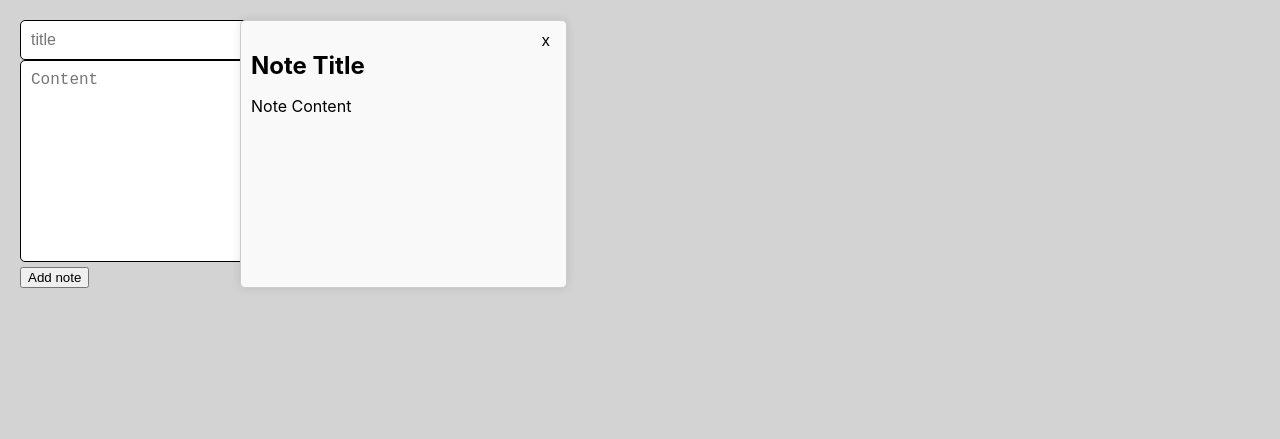
Repository: karolina-rachuta/Notes_React_Node_Js
Page: /
These files come from the project's save history. The page is drawn as it stood at one moment and after the next save; the edit follows.
The browser window is 1280 px wide. The pictures show the whole page.
The project was rebuilt for these pictures with package versions that can differ from the ones it lists, and the page was loaded fresh each time.

Above is the page before, as saved 2024-08-10 21:51:01.

After the next save:
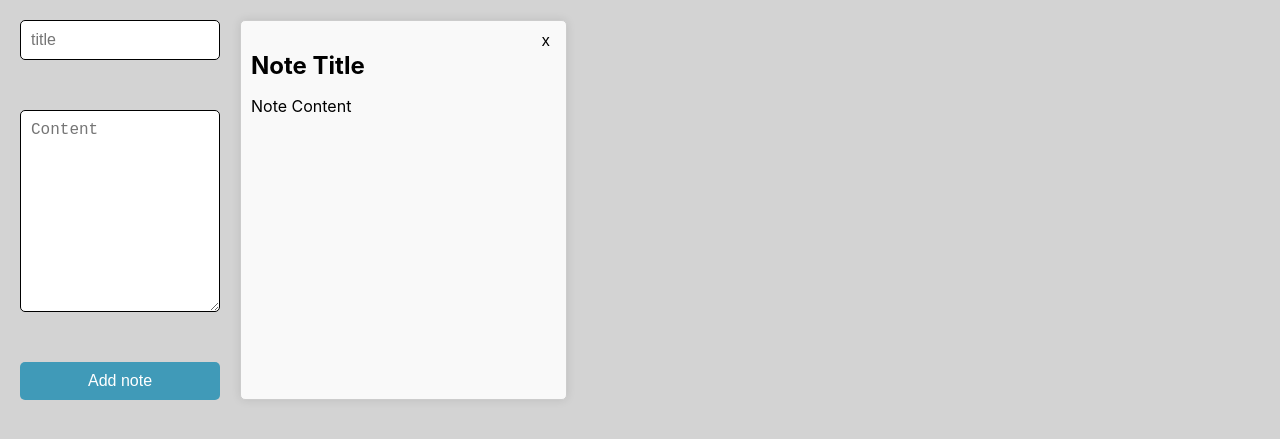
Saved 57 s later.
--- a/src/App.tsx
+++ b/src/App.tsx
@@ -3,7 +3,7 @@ import './App.css';
 function App() {
   return (
     <div className="app-container">
-      <form action="note-form">
+      <form className="note-form">
         <input
           placeholder="title"
           required/>
